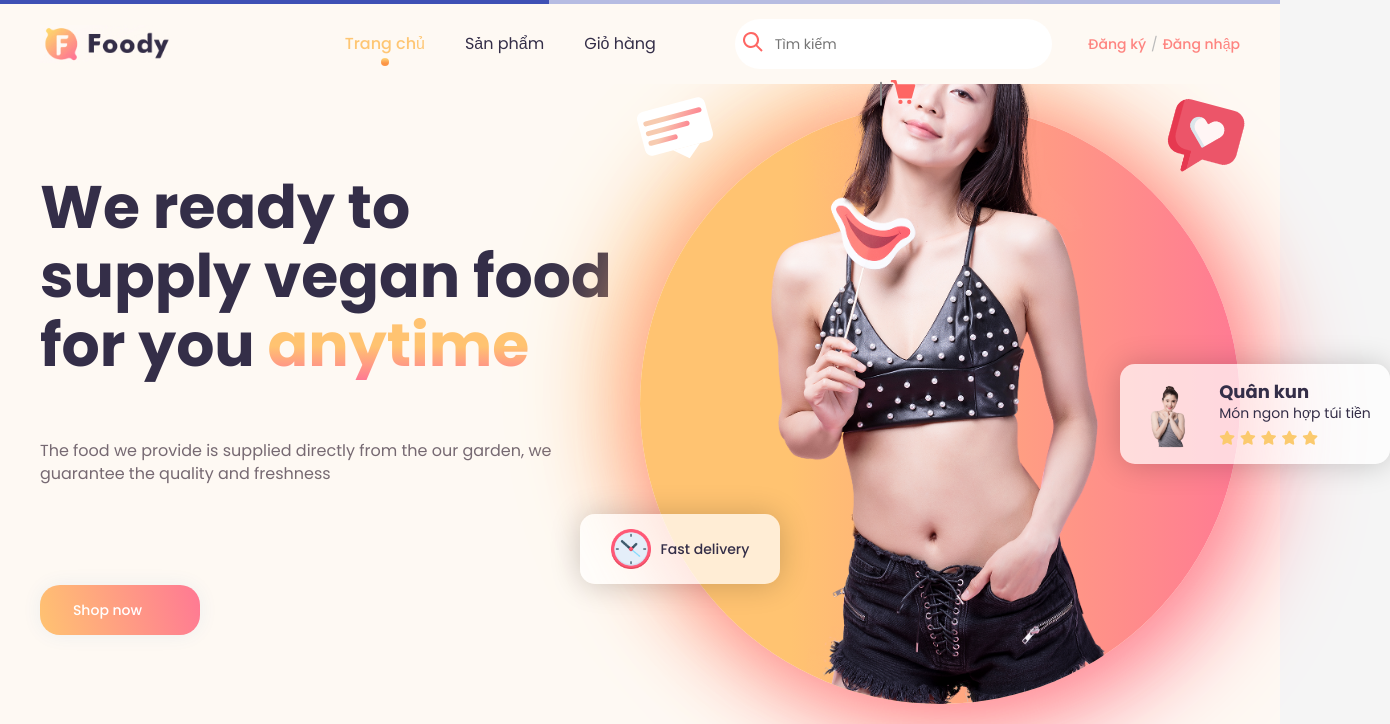
Repository: phamvuhung2710/react-ecommerce
Page: /
An editor plug-in stored every save of this project. The page is shown before and after the next save, followed by the edit.
The browser window is 1280 px wide. The page is 1390 px wide, so the pictures cover 1390 px, including what lies to the right of the window. The pictures show the whole page.
The page's requests for data from a server got no answer. Some web libraries are served in a nearby version. The project was rebuilt for these pictures with package versions that can differ from the ones it lists, and the page was loaded fresh each time. No one was signed in, and anything a server would have sent is missing. Also part of the build but not shown: src/guard/AuthenticatedGuard.jsx, src/guard/UnauthenticatedGuard.jsx, src/layouts/CartLayout/CartLayout.jsx, src/layouts/RegisterLayout/RegisterLayout.jsx.

Above is the page before, as saved 2021-09-07 18:58:32.

After the next save:
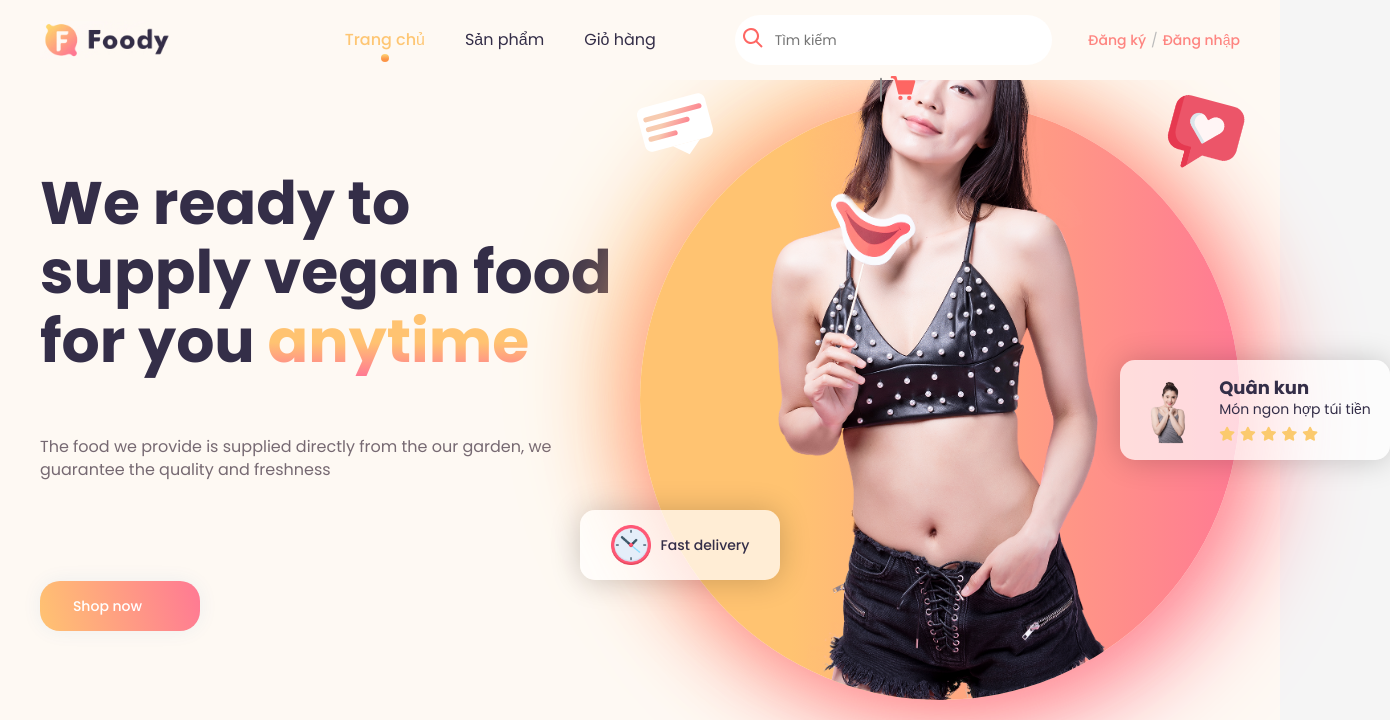
Saved 8 s later.
--- a/src/App.js
+++ b/src/App.js
@@ -12,7 +12,7 @@ function App() {
   return (
     <div className="App">
       <Fallback />
-      <LinearProgress />
+      {/* <LinearProgress /> */}
       <Routes />
       <ToastContainer />
       <Authorization />

After the save that followed:
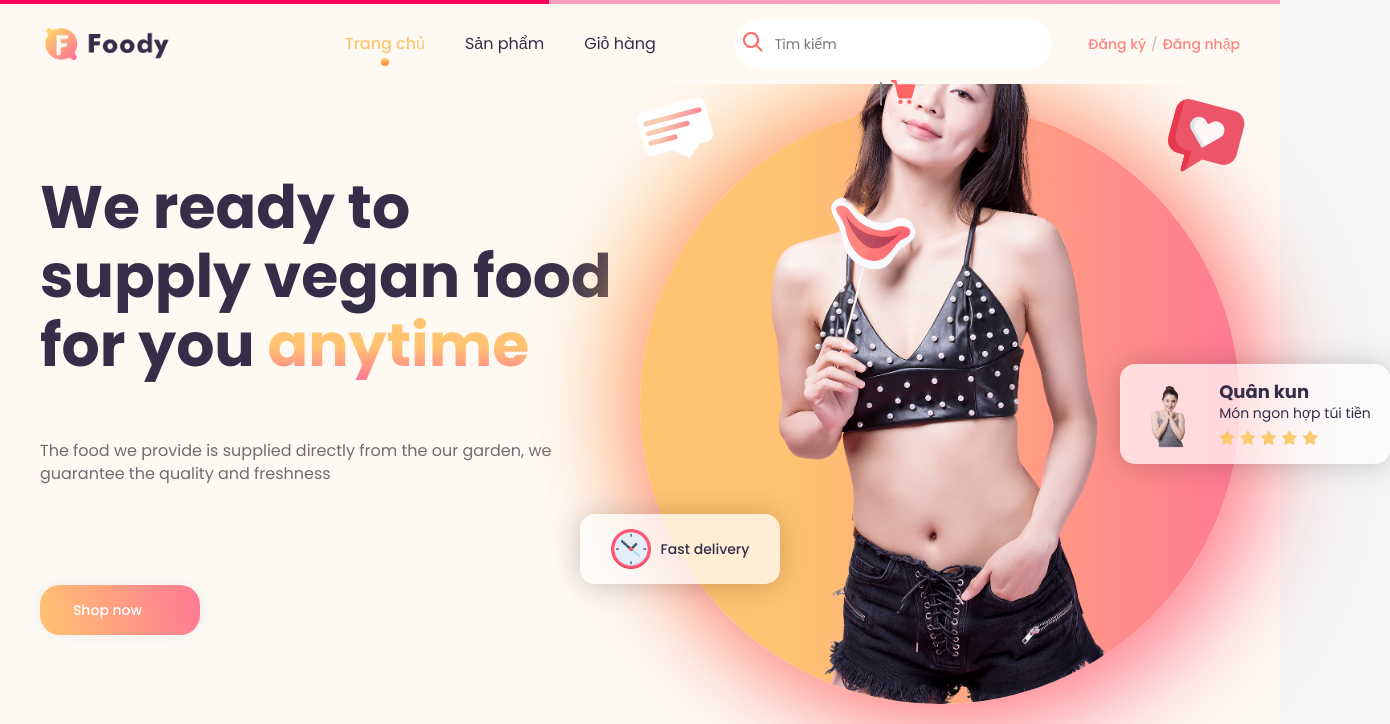
Saved 20 s later.
--- a/src/components/Fallback/Fallback.jsx
+++ b/src/components/Fallback/Fallback.jsx
@@ -4,11 +4,11 @@ import styled from 'styled-components'
 import { useSelector } from 'react-redux'
 
 const StyledLoading = styled(LinearProgress)`
-  position: fixed !important;
+  /* position: fixed !important;
   top: 0;
   left: 0;
   right: 0;
-  bottom: 0;
+  bottom: 0; */
 `
 
 function Fallback(props) {
